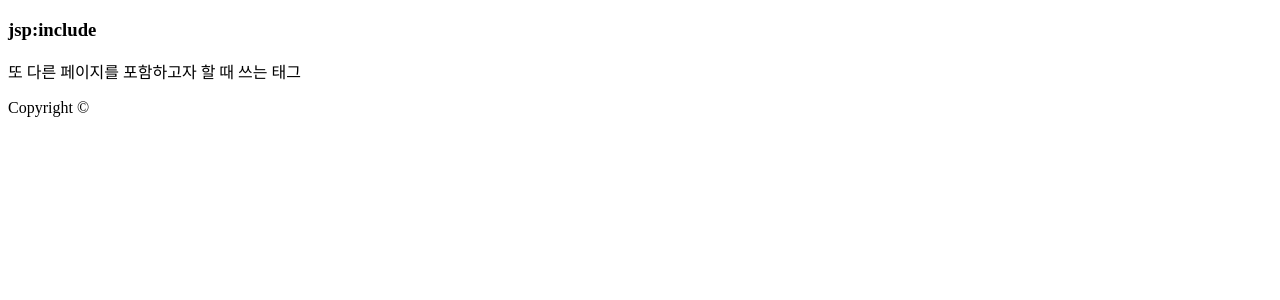
Repository: kkh1396/kh_front
Page: http://localhost/2_jsp/views/3_StandardAction/1_include.jsp
An editor plug-in stored every save of this project. The page is shown before and after the next save, followed by the edit.
The browser window is 1280 px wide. The pictures show the whole page.
The page is served by Tomcat 9. Nobody is signed in. The application's start-up code is not run. Other server files are loaded and not shown.

Above is the page before, as saved 2025-03-21 01:36:27.

### 05_server/2_jsp/src/main/webapp/views/3_StandardAction/1_include.jsp
<%@ page language="java" contentType="text/html; charset=UTF-8"
    pageEncoding="UTF-8"%>
<!DOCTYPE html>
<html>
<head>
<meta charset="UTF-8">
<title>Standard Action Tag - include </title>
</head>
<body>

   <h3>jsp:include</h3>
	<p>
	     또 다른 페이지를 포함하고자 할 때 쓰는 태그
	</p>

	<%@ include file="foter.jsp" %>

</body>
</html>

### 05_server/2_jsp/src/main/webapp/views/3_StandardAction/foter.jsp
<%@ page language="java" contentType="text/html; charset=UTF-8"
    pageEncoding="UTF-8"%>
<!DOCTYPE html>
<html>
<head>
<meta charset="UTF-8">
<title>Insert title here</title>
</head>
<body>
	  Copyright &copy;
</body>
</html>

After the next save:
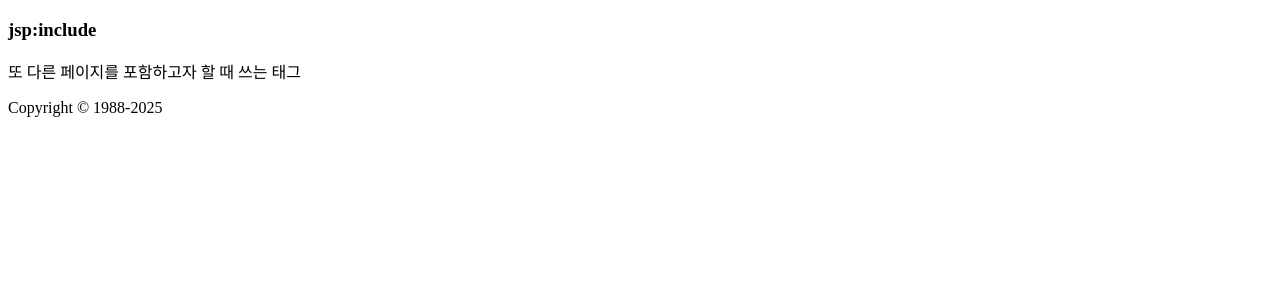
Saved 22 s later.
--- a/05_server/2_jsp/src/main/webapp/views/3_StandardAction/foter.jsp
+++ b/05_server/2_jsp/src/main/webapp/views/3_StandardAction/foter.jsp
@@ -7,6 +7,6 @@
 <title>Insert title here</title>
 </head>
 <body>
-	  Copyright &copy;
+	  Copyright &copy; 1988-2025
 </body>
 </html>
